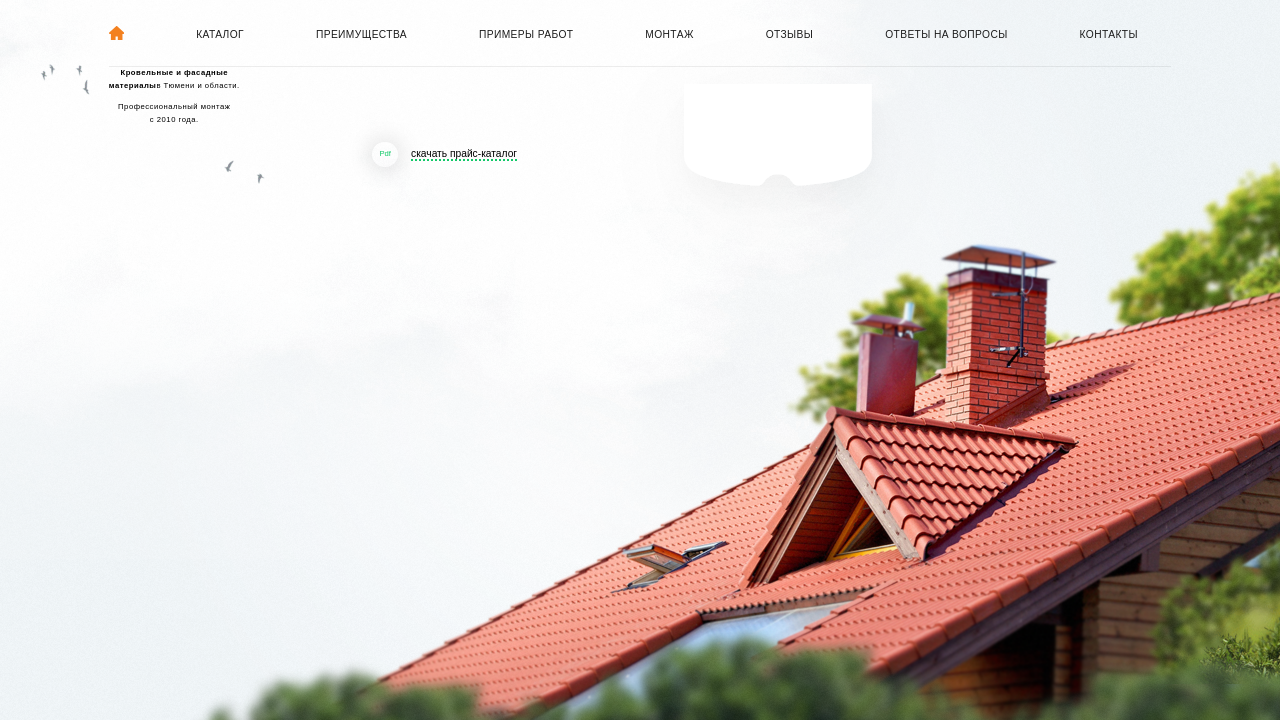
Repository: dima-hacker0/test_task_deyneka
Page: /
These files come from the project's save history. The page is drawn as it stood at one moment and after the next save; the edit follows.
The browser window is 1280 px wide. The pictures show the whole page.
The project was rebuilt for these pictures with package versions that can differ from the ones it lists, and the page was loaded fresh each time.

Above is the page before, as saved 2022-06-22 17:11:59.

### src/index.css
/*! normalize.css v8.0.1 | MIT License | github.com/necolas/normalize.css */

/* Document
   ========================================================================== */

/**
 * 1. Correct the line height in all browsers.
 * 2. Prevent adjustments of font size after orientation changes in iOS.
 */
* {
  margin: 0;
  padding: 0;
}

html {
  line-height: 1.15; /* 1 */
  -webkit-text-size-adjust: 100%; /* 2 */
}

/* Sections
   ========================================================================== */

/**
 * Remove the margin in all browsers.
 */

body {
  margin: 0;
  font-family: "Montserrat", sans-serif;
}

/**
 * Render the `main` element consistently in IE.
 */

main {
  display: block;
}

/**
 * Correct the font size and margin on `h1` elements within `section` and
 * `article` contexts in Chrome, Firefox, and Safari.
 */

h1 {
  font-size: 2em;
  margin: 0.67em 0;
}

/* Grouping content
   ========================================================================== */

/**
 * 1. Add the correct box sizing in Firefox.
 * 2. Show the overflow in Edge and IE.
 */

hr {
  box-sizing: content-box; /* 1 */
  height: 0; /* 1 */
  overflow: visible; /* 2 */
}

/**
 * 1. Correct the inheritance and scaling of font size in all browsers.
 * 2. Correct the odd `em` font sizing in all browsers.
 */

pre {
  font-family: monospace, monospace; /* 1 */
  font-size: 1em; /* 2 */
}

/* Text-level semantics
   ========================================================================== */

/**
 * Remove the gray background on active links in IE 10.
 */

a {
  background-color: transparent;
  text-decoration: none;
}

/**
 * 1. Remove the bottom border in Chrome 57-
 * 2. Add the correct text decoration in Chrome, Edge, IE, Opera, and Safari.
 */

abbr[title] {
  border-bottom: none; /* 1 */
  text-decoration: underline; /* 2 */
  text-decoration: underline dotted; /* 2 */
}

/**
 * Add the correct font weight in Chrome, Edge, and Safari.
 */

b,
strong {
  font-weight: bolder;
}

/**
 * 1. Correct the inheritance and scaling of font size in all browsers.
 * 2. Correct the odd `em` font sizing in all browsers.
 */

code,
kbd,
samp {
  font-family: monospace, monospace; /* 1 */
  font-size: 1em; /* 2 */
}

/**
 * Add the correct font size in all browsers.
 */

small {
  font-size: 80%;
}

/**
 * Prevent `sub` and `sup` elements from affecting the line height in
 * all browsers.
 */

sub,
sup {
  font-size: 75%;
  line-height: 0;
  position: relative;
  vertical-align: baseline;
}

sub {
  bottom: -0.25em;
}

sup {
  top: -0.5em;
}

/* Embedded content
   ========================================================================== */

/**
 * Remove the border on images inside links in IE 10.
 */

img {
  border-style: none;
}

/* Forms
   ========================================================================== */

/**
 * 1. Change the font styles in all browsers.
 * 2. Remove the margin in Firefox and Safari.
 */

button,
input,
optgroup,
select,
textarea {
  font-family: inherit; /* 1 */
  font-size: 100%; /* 1 */
  line-height: 1.15; /* 1 */
  margin: 0; /* 2 */
}

/**
 * Show the overflow in IE.
 * 1. Show the overflow in Edge.
 */

button,
input {
  /* 1 */
  overflow: visible;
}

/**
 * Remove the inheritance of text transform in Edge, Firefox, and IE.
 * 1. Remove the inheritance of text transform in Firefox.
 */

button,
select {
  /* 1 */
  text-transform: none;
}

/**
 * Correct the inability to style clickable types in iOS and Safari.
 */

button,
[type="button"],
[type="reset"],
[type="submit"] {
  -webkit-appearance: button;
}

/**
 * Remove the inner border and padding in Firefox.
 */

button::-moz-focus-inner,
[type="button"]::-moz-focus-inner,
[type="reset"]::-moz-focus-inner,
[type="submit"]::-moz-focus-inner {
  border-style: none;
  padding: 0;
}

/**
 * Restore the focus styles unset by the previous rule.
 */

button:-moz-focusring,
[type="button"]:-moz-focusring,
[type="reset"]:-moz-focusring,
[type="submit"]:-moz-focusring {
  outline: 1px dotted ButtonText;
}

/**
 * Correct the padding in Firefox.
 */

fieldset {
  padding: 0.35em 0.75em 0.625em;
}

/**
 * 1. Correct the text wrapping in Edge and IE.
 * 2. Correct the color inheritance from `fieldset` elements in IE.
 * 3. Remove the padding so developers are not caught out when they zero out
 *    `fieldset` elements in all browsers.
 */

legend {
  box-sizing: border-box; /* 1 */
  color: inherit; /* 2 */
  display: table; /* 1 */
  max-width: 100%; /* 1 */
  padding: 0; /* 3 */
  white-space: normal; /* 1 */
}

/**
 * Add the correct vertical alignment in Chrome, Firefox, and Opera.
 */

progress {
  vertical-align: baseline;
}

/**
 * Remove the default vertical scrollbar in IE 10+.
 */

textarea {
  overflow: auto;
}

/**
 * 1. Add the correct box sizing in IE 10.
 * 2. Remove the padding in IE 10.
 */

[type="checkbox"],
[type="radio"] {
  box-sizing: border-box; /* 1 */
  padding: 0; /* 2 */
}

/**
 * Correct the cursor style of increment and decrement buttons in Chrome.
 */

[type="number"]::-webkit-inner-spin-button,
[type="number"]::-webkit-outer-spin-button {
  height: auto;
}

/**
 * 1. Correct the odd appearance in Chrome and Safari.
 * 2. Correct the outline style in Safari.
 */

[type="search"] {
  -webkit-appearance: textfield; /* 1 */
  outline-offset: -2px; /* 2 */
}

/**
 * Remove the inner padding in Chrome and Safari on macOS.
 */

[type="search"]::-webkit-search-decoration {
  -webkit-appearance: none;
}

/**
 * 1. Correct the inability to style clickable types in iOS and Safari.
 * 2. Change font properties to `inherit` in Safari.
 */

::-webkit-file-upload-button {
  -webkit-appearance: button; /* 1 */
  font: inherit; /* 2 */
}

/* Interactive
   ========================================================================== */

/*
 * Add the correct display in Edge, IE 10+, and Firefox.
 */

details {
  display: block;
}

/*
 * Add the correct display in all browsers.
 */

summary {
  display: list-item;
}

/* Misc
   ========================================================================== */

/**
 * Add the correct display in IE 10+.
 */

template {
  display: none;
}

/**
 * Add the correct display in IE 10.
 */

[hidden] {
  display: none;
}

### src/App.jsx
import "./App.css";
import Header from "./components/header/header";
import MainPage from "./components/main_page/main_page";

function App() {
  return (
    <div className="App">
      <Header />
      <MainPage />
    </div>
  );
}

export default App;

### src/App.css
body {
  background-image: url(./images/BG.png);
  background-size: 100vw;
  background-repeat: no-repeat;
  min-height: 100vh;
}

### src/components/header/header.jsx
import Svg from "../../svg/svg";
import classes from "./header.module.css";

const Header = () => {
  return (
    <header className={classes.header}>
      <div className={classes.container}>
        <nav className={classes.navigation}>
          <a href="/">
            <Svg id="house" styles={classes.svg} />
          </a>
          <a href="/" className={classes.linkPage}>
            каталог
          </a>
          <a href="/" className={classes.linkPage}>
            преимущества
          </a>
          <a href="/" className={classes.linkPage}>
            примеры работ
          </a>
          <a href="/" className={classes.linkPage}>
            монтаж
          </a>
          <a href="/" className={classes.linkPage}>
            отзывы
          </a>
          <a href="/" className={classes.linkPage}>
            ответы на вопросы
          </a>
          <a href="/" className={classes.linkPage}>
            контакты
          </a>
        </nav>
      </div>
    </header>
  );
};

export default Header;

### src/components/main_page/main_page.jsx
import classes from "./main_page.module.css";
import TopPanel from "./top_panel/top_panel";

const MainPage = () => {
  return (
    <section className={classes.mainPage}>
      <div className={classes.container}>
        <TopPanel />
      </div>
    </section>
  );
};

export default MainPage;

### src/svg/svg.jsx
const Svg = ({ id, styles }) => {
  switch (id) {
    case "house":
      return (
        <svg
          className={styles}
          viewBox="0 0 23 22"
          fill="none"
          xmlns="http://www.w3.org/2000/svg"
        >
          <path
            d="M22.6129 9.77275L12.2944 0.311896C11.8406 -0.103965 11.1578 -0.103965 10.7041 0.311896L0.385564 9.77275C0.0216964 10.1073 -0.0951005 10.618 0.0800948 11.0791C0.25529 11.5402 0.691032 11.8385 1.18068 11.8385H2.82931V21.3174C2.82931 21.6926 3.13029 22 3.50763 22H9.1633C9.53615 22 9.84162 21.6971 9.84162 21.3174V15.5632H13.1658V21.3174C13.1658 21.6926 13.4668 22 13.8442 22H19.4953C19.8682 22 20.1736 21.6971 20.1736 21.3174V11.8385H21.8223C22.3119 11.8385 22.7432 11.5402 22.9229 11.0791C23.0936 10.618 22.9768 10.1073 22.6129 9.77275Z"
            fill="#F38120"
          />
        </svg>
      );
    case "form":
      return (
        <svg
          className={styles}
          viewBox="0 0 374 248"
          fill="none"
          xmlns="http://www.w3.org/2000/svg"
        >
          <g filter="url(#filter0_d_1820_633)">
            <path
              d="M187 25H50V129.073C50 138.022 54.4674 146.474 61.913 151.446C84.4155 166.195 128.097 171.332 157.383 172.99C160.857 173.155 164.167 171.332 165.987 168.349C170.289 161.223 178.065 156.417 187 156.417C195.935 156.417 203.711 161.223 208.013 168.349C209.833 171.332 213.142 173.155 216.617 172.99C245.903 171.167 289.585 166.195 312.087 151.446C319.533 146.474 324 138.188 324 129.073V25H187Z"
              fill="white"
            />
          </g>
          <defs>
            <filter
              id="filter0_d_1820_633"
              x="0"
              y="0"
              className={styles}
              filterUnits="userSpaceOnUse"
              color-interpolation-filters="sRGB"
            >
              <feFlood flood-opacity="0" result="BackgroundImageFix" />
              <feColorMatrix
                in="SourceAlpha"
                type="matrix"
                values="0 0 0 0 0 0 0 0 0 0 0 0 0 0 0 0 0 0 127 0"
                result="hardAlpha"
              />
              <feOffset dy="25" />
              <feGaussianBlur stdDeviation="25" />
              <feComposite in2="hardAlpha" operator="out" />
              <feColorMatrix
                type="matrix"
                values="0 0 0 0 0 0 0 0 0 0 0 0 0 0 0 0 0 0 0.03 0"
              />
              <feBlend
                mode="normal"
                in2="BackgroundImageFix"
                result="effect1_dropShadow_1820_633"
              />
              <feBlend
                mode="normal"
                in="SourceGraphic"
                in2="effect1_dropShadow_1820_633"
                result="shape"
              />
            </filter>
          </defs>
        </svg>
      );
    default:
      return <svg></svg>;
  }
};

export default Svg;

### src/components/header/header.module.css
.linkPage {
  text-transform: uppercase;
  font-weight: 500;
  color: #1c1c1c;
  font-size: 0.8vw;
  letter-spacing: 0.03vw;
  transition: 0.4s;
}
.navigation {
  display: flex;
  justify-content: space-between;
  align-items: center;
  max-width: 80.4vw;
  padding-top: 2vw;
  padding-bottom: 1.7vw;
}
.container {
  max-width: 83vw;
  margin: 0 auto;
  border-bottom: 1px solid rgba(0, 0, 0, 0.07);
}
.svg {
  width: 1.2vw;
}
.linkPage:after {
  display: block;
  content: "";
  height: 1px;
  width: 0%;
  background-color: #f38120;
  transition: width 0.4s ease-in-out;
}
.linkPage:hover:after,
.linkPage:focus:after {
  width: 100%;
}
.linkPage:hover {
  color: #f38120;
}

### src/components/main_page/main_page.module.css
.container {
  max-width: 83vw;
  margin: 0 auto;
}

### src/components/main_page/top_panel/top_panel.jsx
import Svg from "../../../svg/svg";
import DownloadCatalog from "./download_catalog/download_catalog";
import Materials from "./materials/materials";
import classes from "./top_panel.module.css";

const TopPanel = () => {
  return (
    <div className={classes.items}>
      <Materials />
      <DownloadCatalog />
      <div>
        <Svg id="form" styles={classes.logo} />
      </div>
      <div></div>
      <div></div>
    </div>
  );
};

export default TopPanel;

### src/components/main_page/top_panel/download_catalog/download_catalog.jsx
import classes from "./download_catalog.module.css";

const DownloadCatalog = () => {
  return (
    <div className={classes.block}>
      <div className={classes.circlePdf}>Pdf</div>
      <p className={classes.downloadСatalog}>скачать прайс-каталог</p>
    </div>
  );
};

export default DownloadCatalog;

### src/components/main_page/top_panel/materials/materials.jsx
import classes from "./materials.module.css";

const Materials = () => {
  return (
    <div className={classes.item}>
      <p className={classes.text}>
        <span className={classes.textMaterials}>
          Кровельные и фасадные <br /> материалы
        </span>
        в Тюмени и области.
      </p>
      <p className={classes.text}>
        Профессиональный монтаж <br /> с 2010 года.
      </p>
    </div>
  );
};

export default Materials;

### src/components/main_page/top_panel/top_panel.module.css
.items {
  display: flex;
  justify-content: space-between;
}
.logo {
  width: 20vw;
  -webkit-filter: drop-shadow(0px 25px 50px rgba(0, 0, 0, 0.03));
  filter: drop-shadow(0px 25px 50px rgba(0, 0, 0, 0.03));
}
/* box-shadow: 0px 25px 50px rgba(0, 0, 0, 0.03); */

### src/components/main_page/top_panel/download_catalog/download_catalog.module.css
.circlePdf {
  color: #12c868;
  font-size: 0.6vw;
  width: 2vw;
  height: 2vw;
  justify-content: center;
  align-items: center;
  display: flex;
  box-shadow: 0px 0px 25px rgb(0 0 0 / 18%);
  border-radius: 50%;
}
.downloadСatalog {
  font-size: 0.8vw;
  border-bottom: 2px dotted #12c868;
}
.block {
  display: flex;
  align-items: center;
  justify-content: space-between;
  width: 11.3vw;
  cursor: pointer;
}

### src/components/main_page/top_panel/materials/materials.module.css
.textMaterials {
  font-weight: 600;
}
.text {
  font-size: 0.6vw;
  letter-spacing: 0.04vw;
  text-align: center;
  line-height: 1vw;
}
.item .text:first-child {
  margin-bottom: 8px;
}

Loaded but not shown: public/index.html (common file); src/index.js (common file)

After the next save:
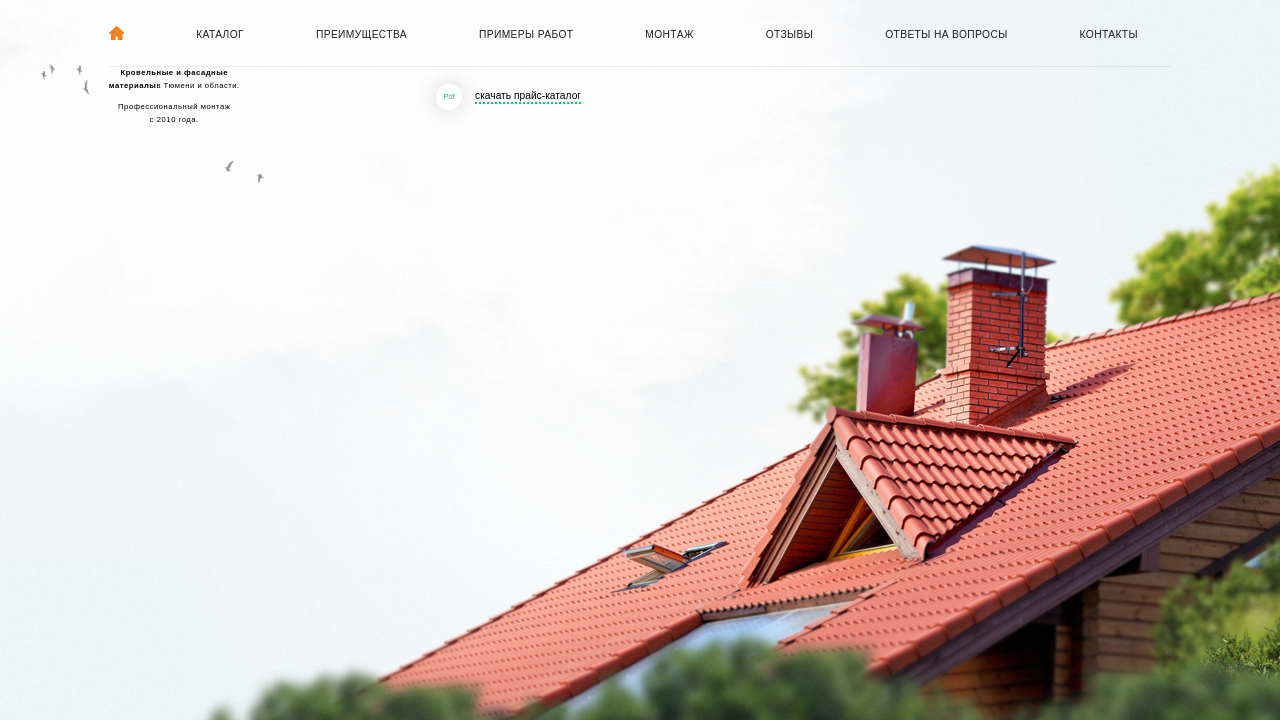
Saved 6 min 21 s later.
--- a/src/components/main_page/top_panel/top_panel.jsx
+++ b/src/components/main_page/top_panel/top_panel.jsx
@@ -9,7 +9,7 @@
       <Materials />
       <DownloadCatalog />
       <div>
-        <Svg id="form" styles={classes.logo} />
+        <Svg id="form" styles={classes.form} />
       </div>
       <div></div>
       <div></div>

After the save that followed:
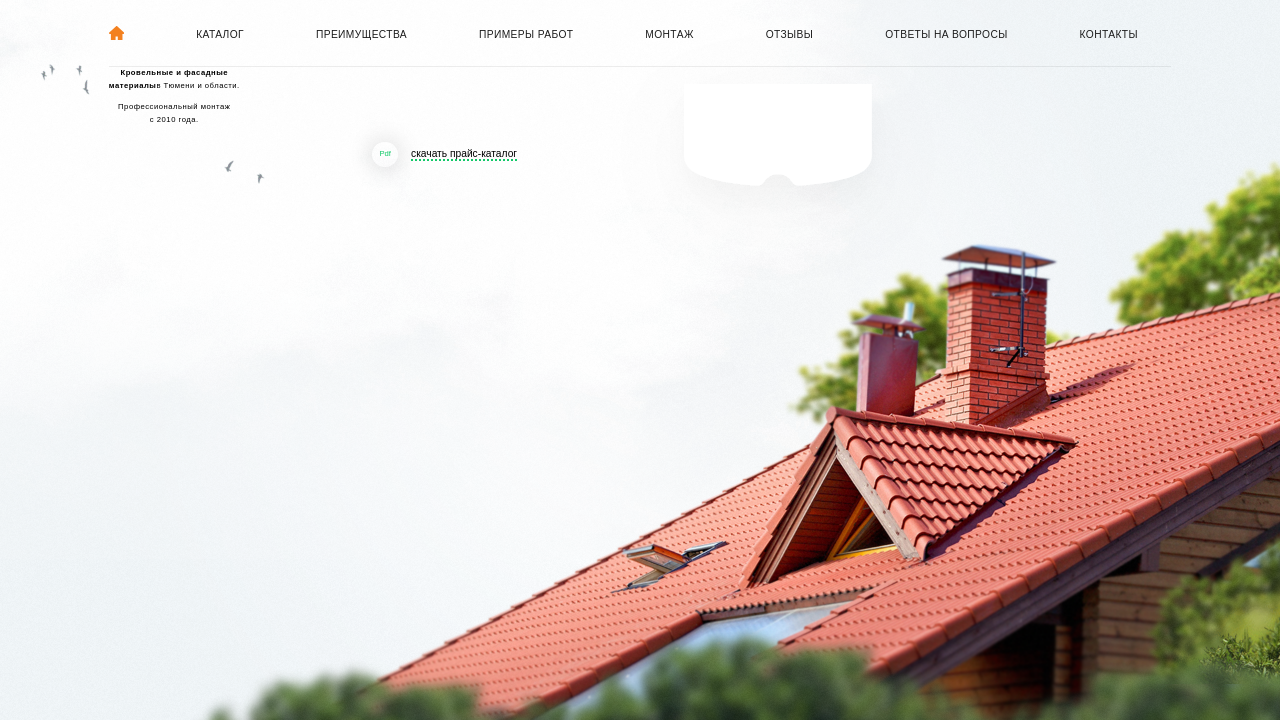
Saved 27 s later.
--- a/src/components/main_page/top_panel/top_panel.module.css
+++ b/src/components/main_page/top_panel/top_panel.module.css
@@ -2,7 +2,7 @@
   display: flex;
   justify-content: space-between;
 }
-.logo {
+.form {
   width: 20vw;
   -webkit-filter: drop-shadow(0px 25px 50px rgba(0, 0, 0, 0.03));
   filter: drop-shadow(0px 25px 50px rgba(0, 0, 0, 0.03));
